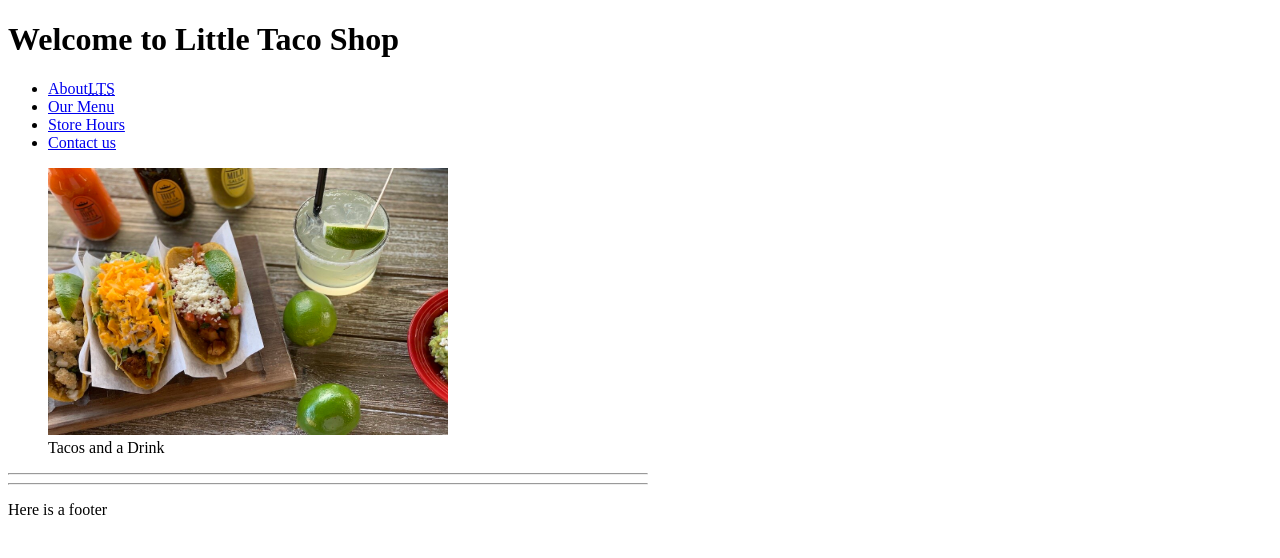
Repository: cavidk/taco_shop-web
Page: html basics/index.html
These files come from the project's save history. The page is drawn as it stood at one moment and after the next save; the edit follows.
The browser window is 1280 px wide. The pictures show the whole page.

Above is the page before, as saved 2024-06-10 16:01:41.

After the next save:
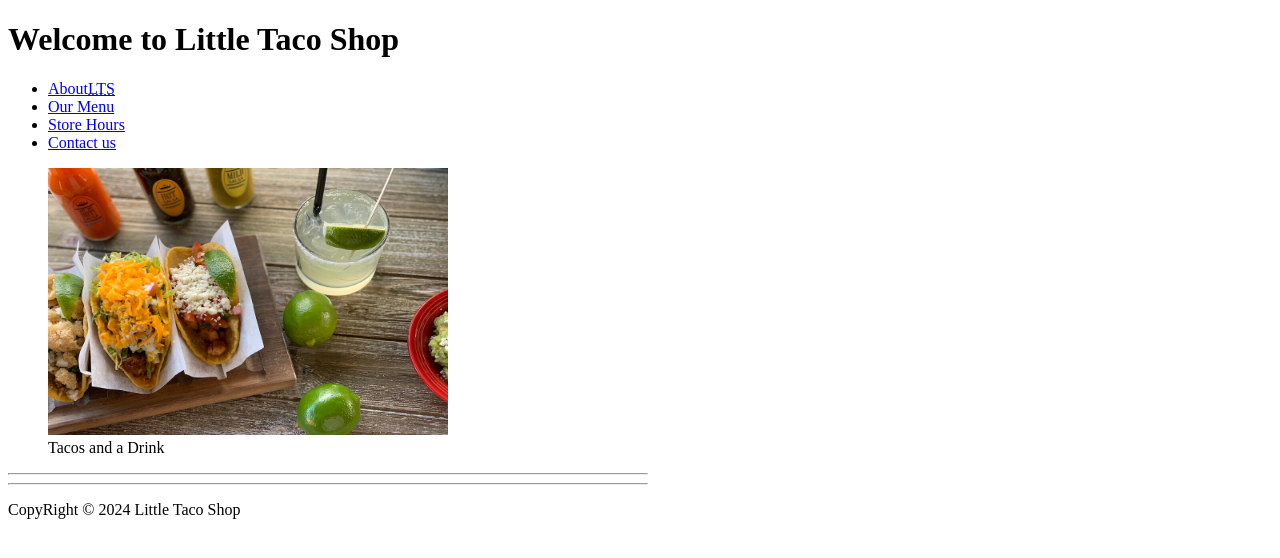
Saved 28 min 56 s later.
--- a/html basics/index.html
+++ b/html basics/index.html
@@ -49,7 +49,7 @@
      <hr>
    <footer>
       <p>
-         Here is a footer
+         CopyRight &copy; 2024 Little Taco Shop
       </p>
    </footer>
 
